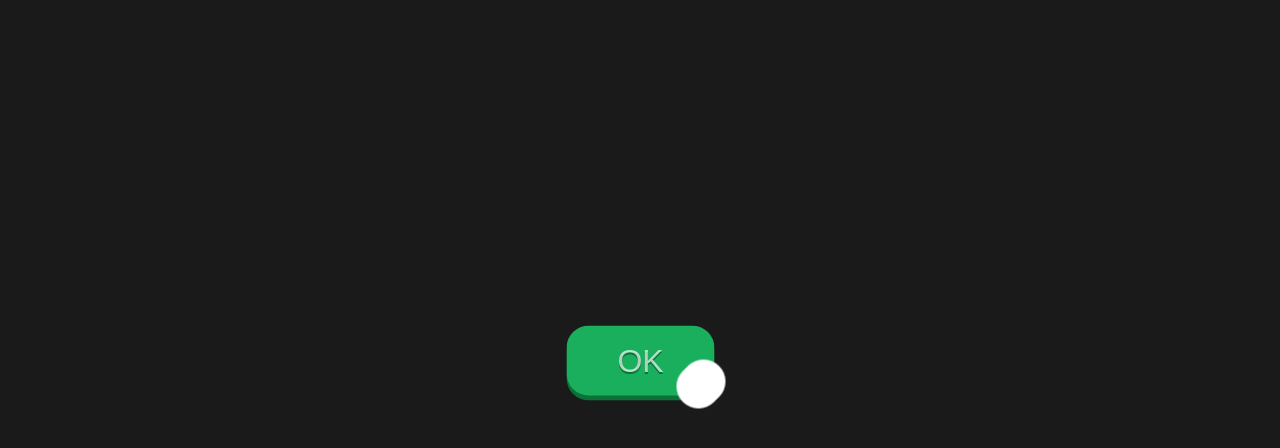
Repository: Folody-Team/Bubble-Button
Page: index.html
The author's editor kept a copy of each file at every save. The page is drawn from the files as they stood at one save, then again after the next save.
The browser window is 1280 px wide. The pictures show the whole page.

Above is the page before, as saved 2022-01-18 10:42:09.

After the next save:
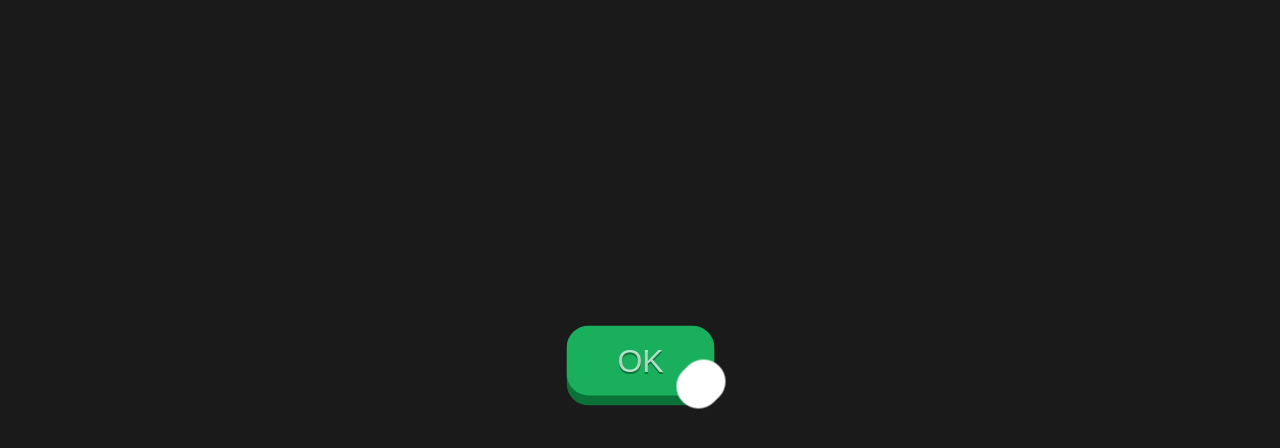
Saved 20 s later.
--- a/style.css
+++ b/style.css
@@ -69,7 +69,7 @@
 .ok-btn {
   background: #1aaf5d;
   border-radius: 0.7em;
-  box-shadow: 0 5px 0 #0a7237;
+  box-shadow: 0 10px 0 #0a7237;
   color: rgba(255, 255, 255, 0.679);
   font-size: 2em;
   font-weight: 500;
